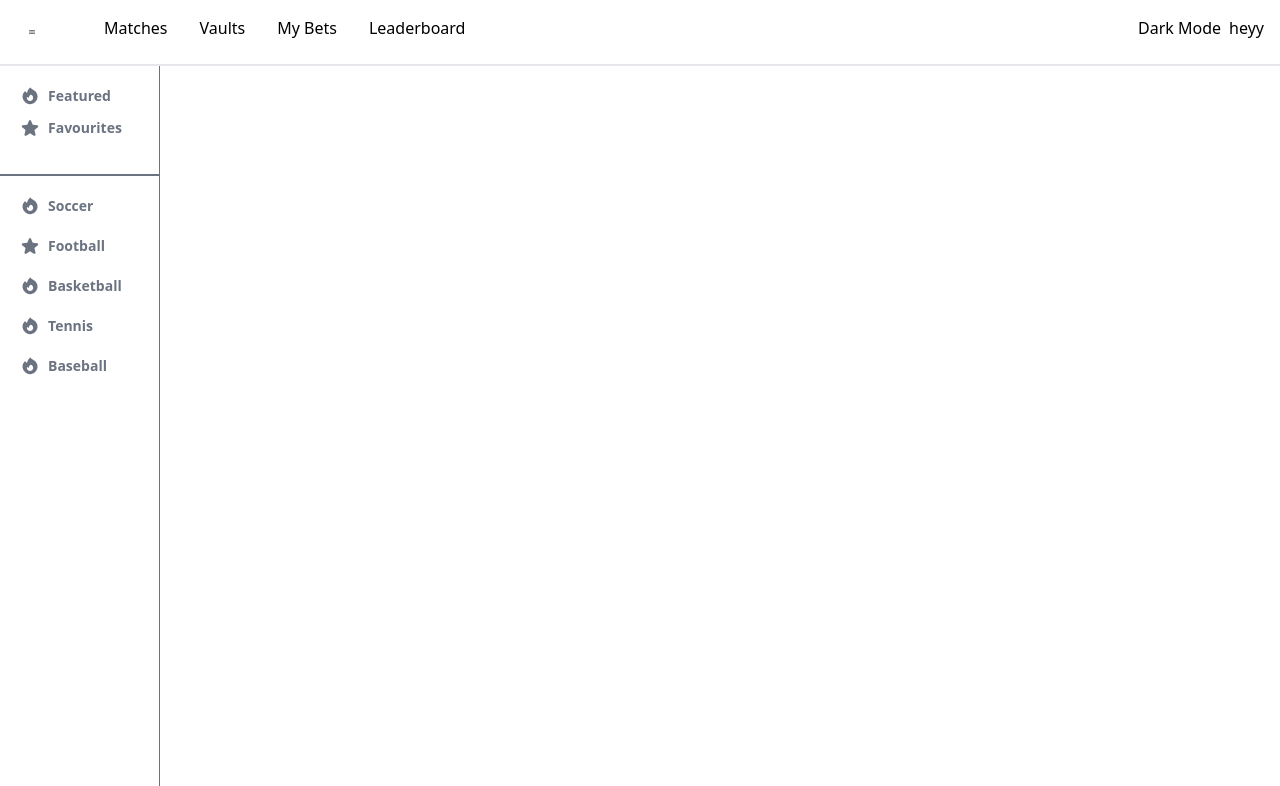
Repository: thekingisherenow/Betterbook
Page: /
These files come from the project's save history. The page is drawn as it stood at one moment and after the next save; the edit follows.
The browser window is 1280 px wide. The pictures show the whole page.
The project was rebuilt for these pictures with package versions that can differ from the ones it lists, and the page was loaded fresh each time. The framework's server and built-in components were replaced by stand-ins that run in the browser. Also part of the build but not shown: next.config.js.

Above is the page before, as saved 2023-01-16 23:29:02.

After the next save:
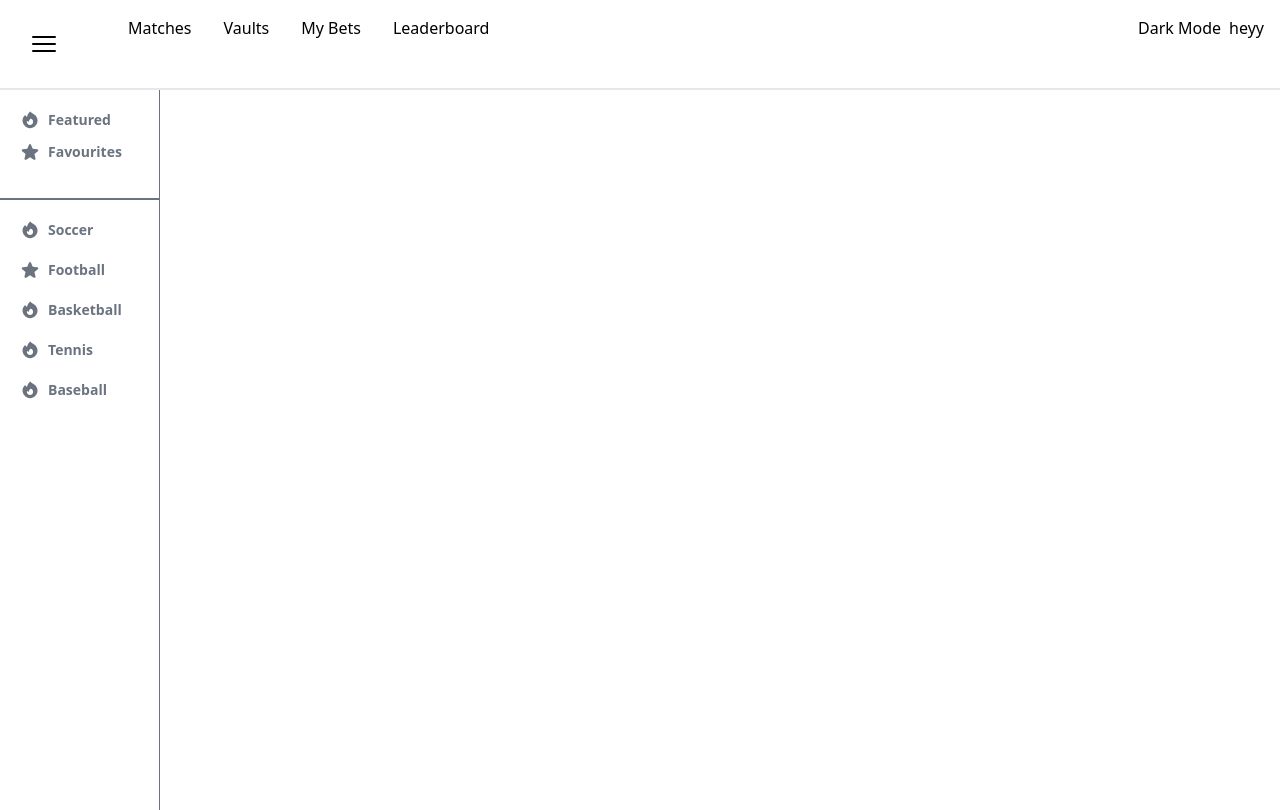
Saved 5 s later.
--- a/src/components/Typography/Header.tsx
+++ b/src/components/Typography/Header.tsx
@@ -7,7 +7,7 @@ function Header() {
     <header >
       <div className='p-4 flex text-center   border-b-2 '>
 
-        <Bars3Icon className='h-8 w-8 p-3 cursor-pointer'/>
+        <Bars3Icon className='h-8 w-8 m-3 cursor-pointer'/>
         <div className='ml-10'>
 
           {/* Nav Links */}
